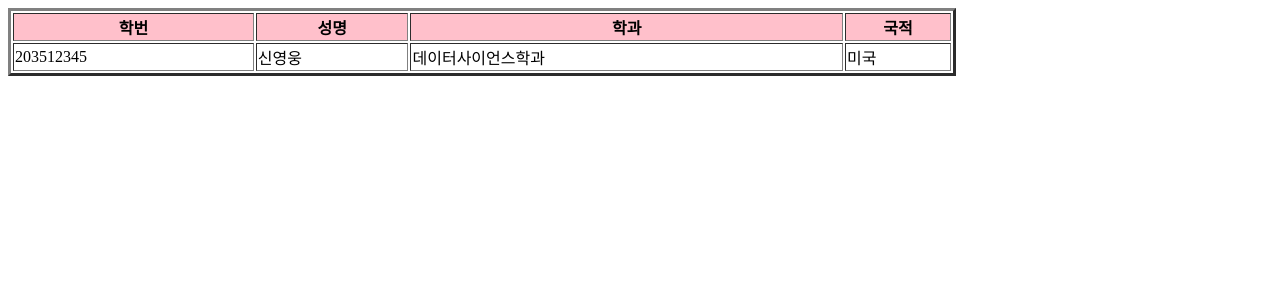
Repository: parkgyutaee/My_JAVA_Project
Page: http://localhost/JSPStudy/test2.jsp
An editor plug-in stored every save of this project. The page is shown before and after the next save, followed by the edit.
The browser window is 1280 px wide. The pictures show the whole page.
The page is served by Tomcat 9.

Above is the page before, as saved 2025-07-09 07:22:01.

### Workspace/JSPStudy/src/main/webapp/test2.jsp
<%@ page language="java" contentType="text/html; charset=UTF-8"
    pageEncoding="UTF-8"%>
<!DOCTYPE html>
<html>
<head>
<meta charset="UTF-8">
<title>연습문제2 입니다</title>
</head>
<body>

<table border = "3"  width="75%" >
  <tr bgcolor="pink">
    <th>학번</th><th>성명</th><th>학과</th><th>국적</th>
  </tr>
 <tr>
    <td>203512345</td> <td>신영웅</td><td>데이터사이언스학과</td><td>미국</td>
  </tr>
</table>



</body>
</html>

After the next save:
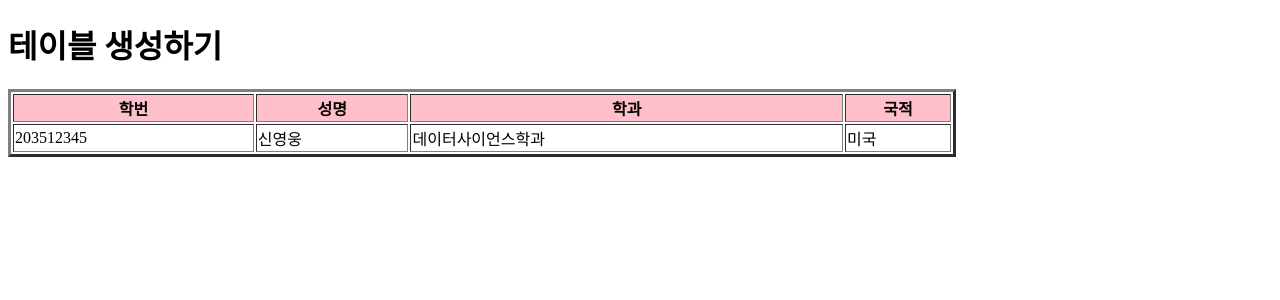
Saved 25 s later.
--- a/Workspace/JSPStudy/src/main/webapp/test2.jsp
+++ b/Workspace/JSPStudy/src/main/webapp/test2.jsp
@@ -7,7 +7,7 @@
 <title>연습문제2 입니다</title>
 </head>
 <body>
-
+	<h1>테이블 생성하기</h1>
 <table border = "3"  width="75%" >
   <tr bgcolor="pink">
     <th>학번</th><th>성명</th><th>학과</th><th>국적</th>
